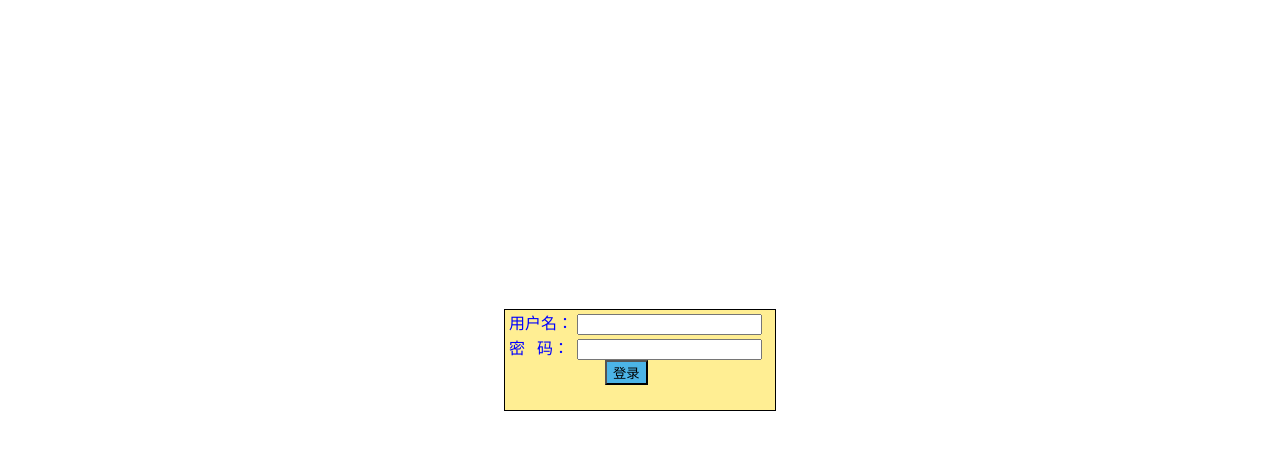
Repository: guirui-li/StudyJavaWeb
Page: http://localhost/JavawebTest/LoginServlet
An editor plug-in stored every save of this project. The page is shown before and after the next save, followed by the edit.
The browser window is 1280 px wide. The pictures show the whole page.
The page is served by Tomcat 9. Other server files are loaded and not shown.

Above is the page before, as saved 2019-05-03 07:27:18.

### JavawebTest/WebContent/experiment07/login.jsp
<%@ page language="java" contentType="text/html; charset=UTF-8"
    pageEncoding="UTF-8"%>
<!DOCTYPE html>
<html>
<head>
<meta http-equiv="Content-Type" content="text/html; charset=UTF-8">
<title>登录页面</title>
	<style type="text/css">
		body{
			margin: 0;
			padding: 0;
		}
		label{
			display:inline-block;
			width: 68px;
			color:blue;
			white-space: pre;
		}
		#form1{
			border: 1px solid black;
			width:270px;
			height:100px;
			background-color: #ffee93;
			position:absolute;
			top:50%;
			left:50%;
			transform:translate(-50%,-50%);
		}
		#submit{
			margin-left: 100px;
			background-color: #4cb4e7;
		}
		#div1{
			color:red;
		}
	</style>
</head>
<body>
	<form action="/JavawebTest/LoginServlet" id="form1" name="form1" method="post">
		<label>&nbsp;用户名：</label>
			<input type="text" name="name" value="${requestScope.name }"/><br>
			<div id="div1">
				${requestScope.page1 }
			</div>

		<label>&nbsp;密&nbsp;&nbsp;&nbsp;码：</label>
			<input type="text" name="psw" value="${requestScope.psw }" id="psw"/><br>
			<div id="div1">
				${requestScope.page2 }
			</div>
		<input type="submit" name="Submit" value="登录" id="submit"/>
	</form>
</body>
</html>

### JavawebTest/src/com/guirui/demo03/LoginServlet.java
package com.guirui.demo03;

import java.io.IOException;
import javax.servlet.ServletException;
import javax.servlet.annotation.WebServlet;
import javax.servlet.http.HttpServlet;
import javax.servlet.http.HttpServletRequest;
import javax.servlet.http.HttpServletResponse;

/**
 * Servlet implementation class LoginServlet
 */
@WebServlet("/LoginServlet")
public class LoginServlet extends HttpServlet {
	private static final long serialVersionUID = 1L;

    /**
     * @see HttpServlet#HttpServlet()
     */
    public LoginServlet() {
        super();
        // TODO Auto-generated constructor stub
    }

	/**
	 * @see HttpServlet#doGet(HttpServletRequest request, HttpServletResponse response)
	 */
	protected void doGet(HttpServletRequest request, HttpServletResponse response) throws ServletException, IOException {
		response.setContentType("text/html;charset=UTF-8");
		String pageURL="/experiment07/login.jsp";
		String name=null;
		Customer customer=new Customer();
		try {
			//寧땍狼邱뚤닒啞응포돤돕돨鑒앴쏵契긍쯤딧憐
			name=new String(request.getParameter("name").getBytes("ISO-8859-1"),"UTF-8");
			String password=new String(request.getParameter("psw").getBytes("ISO-8859-1"),"UTF-8");
			if(name==null||password==null) {
				return;
			}
			if(name.equals("")||password.equals("")) {
				return;
			}
			if(!customer.findName(name)) {
				request.setAttribute("page1", "헝渴흙攣횅돨痰빵츰");
			}else {
				if(customer.findPsw(name).equals(password)) {
					pageURL="/experiment07/loginSuccess.jsp";
					customer=customer.findCustomer(name);
					request.setAttribute("sex", customer.getSex());
					request.setAttribute("age",customer.getAge());
				}else {
					request.setAttribute("page2", "헝渴흙攣횅돨쵱쯤");
				}
			}
		} catch (Exception e) {}
		finally {
			request.setAttribute("name", name);
			request.getRequestDispatcher(pageURL).forward(request, response);
		}


	}

	/**
	 * @see HttpServlet#doPost(HttpServletRequest request, HttpServletResponse response)
	 */
	protected void doPost(HttpServletRequest request, HttpServletResponse response) throws ServletException, IOException {
		// TODO Auto-generated method stub
		doGet(request, response);
	}

}

### JavawebTest/src/com/guirui/demo03/Customer.java
package com.guirui.demo03;

import java.sql.Connection;
import java.sql.DriverManager;
import java.sql.PreparedStatement;
import java.sql.ResultSet;
import java.sql.SQLException;

public class Customer {
	private static final String forname="com.mysql.cj.jdbc.Driver";
	private static final String url="jdbc:mysql://localhost:3306/customer?serverTimezone=UTC";
	private static final String username="root";
	private static final String password="654321";
	private String id;
	private String name;
	private String psw;
	private String sex;
	private int age;

	public Customer() {}

	public Connection getConnection(){
		Connection con = null;
		try {
			Class.forName(forname);
			con=DriverManager.getConnection(url,username,password);
		} catch (ClassNotFoundException e) {
			e.printStackTrace();
		}catch(SQLException e) {
			e.printStackTrace();
		}
		return con;
	}
	public String findPsw(String name){
		String sql="select upassword from user where uname=?";
		String pword=null;
		Connection conn=this.getConnection();
		PreparedStatement ps=null;
		ResultSet rs=null;
		try {
			ps=conn.prepareStatement(sql);
			ps.setString(1, name);
			rs=ps.executeQuery();
			if(rs.next()) {
				pword=rs.getString("upassword");
			}
			rs.close();
			ps.close();
			conn.close();
		} catch (SQLException e) {
			e.printStackTrace();
		}
		return pword;
	}

	public boolean findName(String name){
		String sql="select uname from user where uname=?";
		boolean flag=false;
		Connection conn=this.getConnection();
		PreparedStatement ps=null;
		ResultSet rs=null;
		try {
			ps=conn.prepareStatement(sql);
			ps.setString(1, name);
			rs=ps.executeQuery();
			if(rs.next()) {
				flag=true;
			}
			rs.close();
			ps.close();
			conn.close();
		} catch (SQLException e) {
			e.printStackTrace();
		}
		return flag;
	}
	public Customer findCustomer(String name) {
		String sql="select usex,uage from user where uname=?";
		Connection conn=this.getConnection();
		PreparedStatement ps=null;
		ResultSet rs=null;
		try {
			ps=conn.prepareStatement(sql);
			ps.setString(1, name);
			rs=ps.executeQuery();
			if(rs.next()) {
				this.sex=rs.getString("usex");
				this.age=rs.getInt("uage");
			}
			rs.close();
			ps.close();
			conn.close();
		} catch (SQLException e) {
			e.printStackTrace();
		}
		return this;
	}


	public String getId() {
		return id;
	}
	public void setId(String id) {
		this.id = id;
	}
	public String getName() {
		return name;
	}
	public void setName(String name) {
		this.name = name;
	}
	public String getPsw() {
		return psw;
	}
	public void setPsw(String psw) {
		this.psw = psw;
	}
	public String getSex() {
		return sex;
	}
	public void setSex(String sex) {
		this.sex = sex;
	}
	public int getAge() {
		return age;
	}
	public void setAge(int age) {
		this.age = age;
	}

}

After the next save:
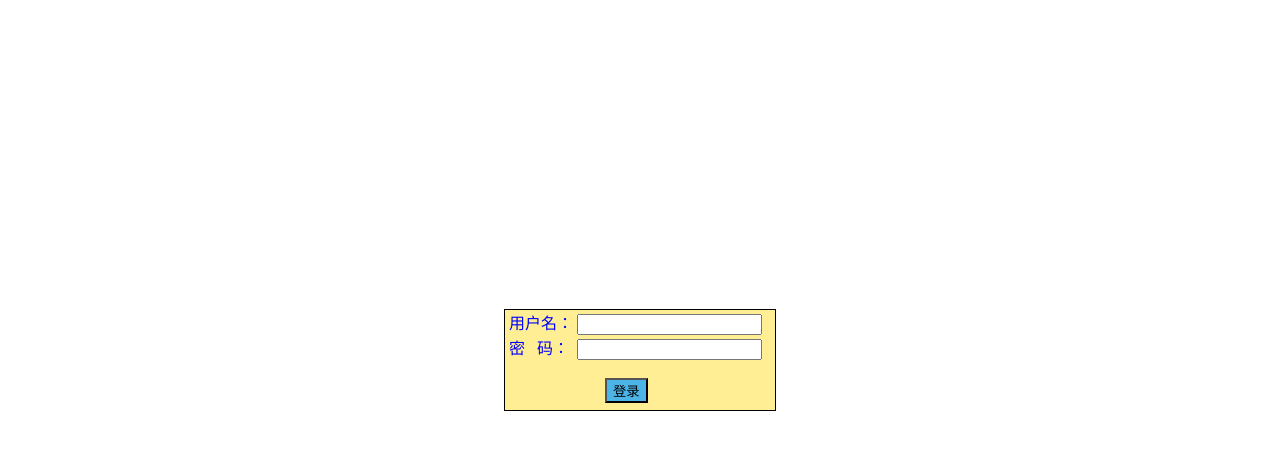
Saved 19 s later.
--- a/JavawebTest/WebContent/experiment07/login.jsp
+++ b/JavawebTest/WebContent/experiment07/login.jsp
@@ -47,7 +47,7 @@
 			<input type="text" name="psw" value="${requestScope.psw }" id="psw"/><br>
 			<div id="div1">
 				${requestScope.page2 }
-			</div>
+			</div><br>
 		<input type="submit" name="Submit" value="登录" id="submit"/>
 	</form>
 </body>
